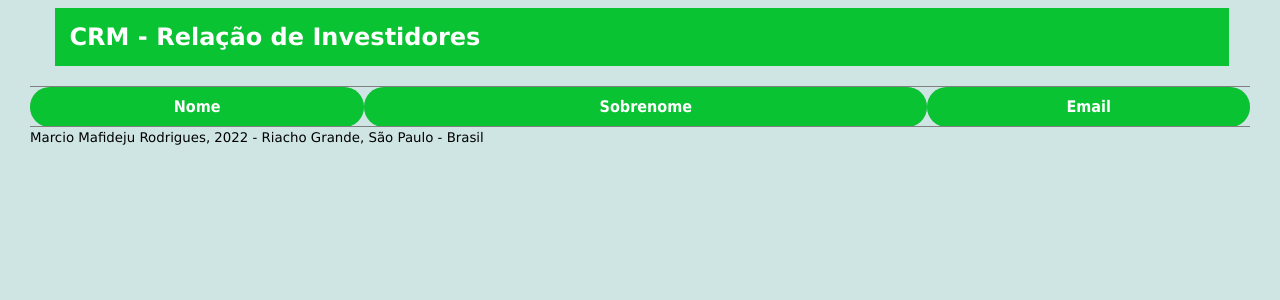
Repository: mafideju/CustomerTracker
Page: http://localhost/web-customer-tracker/WEB-INF/view/list-customers.jsp
These files come from the project's save history. The page is drawn as it stood at one moment and after the next save; the edit follows.
The browser window is 1280 px wide. The pictures show the whole page.
The page is served by Tomcat 9. Nobody is signed in. Other server files are loaded and not shown. The template is opened directly, without the code that normally fills it, so the values that code supplies are empty.

Above is the page before, as saved 2022-01-21 21:32:53.

### web-customer-tracker/WebContent/WEB-INF/view/list-customers.jsp
<%@ taglib uri="http://java.sun.com/jsp/jstl/core" prefix="c" %>

<!DOCTYPE html>
<html>
	<head>
		<title>Lista de Investidores</title>
		<link type="text/css" rel="stylesheet" href="${pageContext.request.contextPath}/resources/css/style.css">
	</head>

	<body>
		<main>

			<div id="wrapper"  style="display: flex; justify-content: center;">
				<div id="header">
					<h2>CRM - Relação de Investidores</h2>
				</div>
			</div>

			<div id="container">
				<div id="content">
					<table>
						<tr>
							<th>Nome</th>
							<th>Sobrenome</th>
							<th>Email</th>
						</tr>

						<c:forEach var="customer" items="${customers}">
							<tr>
								<td>${customer.firstName}</td>
								<td>${customer.lastName}</td>
								<td>${customer.email}</td>
							</tr>
						</c:forEach>

					</table>
				</div>
			</div>

		</main>
		<footer>
			<small>Marcio Mafideju Rodrigues, 2022 - Riacho Grande, São Paulo - Brasil</small>
		</footer>
	</body>
</html>

### web-customer-tracker/WebContent/resources/css/style.css
html, body{
	margin-left:15px; margin-right:15px;
	padding:0px;
	font-family:Verdana, Arial, Helvetica, sans-serif;
	background-color: #cee5e4;
}

table {
	border-collapse:collapse;
	border-bottom:1px solid gray;
	font-family: Tahoma,Verdana,Segoe,sans-serif;
	width:100%;
}

th {
	border-bottom:1px solid gray;
	background:none repeat scroll 0 0 #09c332;
	padding:10px;
	color: #FFFFFF;
	border-radius: 50px;
}

tr {
	border-top:1px solid gray;
	text-align:center;
}

tr:nth-child(even) {background: #FFFFFF;}
tr:nth-child(odd) {background: #BBBBBB;}

.add-button {
	border: 1px solid #666;
	border-radius: 5px;
	padding: 4px;
	font-size: 12px;
	font-weight: bold;
	width: 120px;
	padding: 5px 10px;
	margin-bottom: 15px;
	background: #cccccc;
}

#wrapper {width: 100%; margin-top: 0px; }
#header {width: 95%; background: #09c332; margin-left: 3px; padding:15px 0px 15px 15px;}
#header h2 {width: 100%; margin:auto; color: #FFFFFF;}
#container {width: 100%; margin:auto}
#container h3 {color: #000;}
#container #content {margin-top: 20px;}

After the next save:
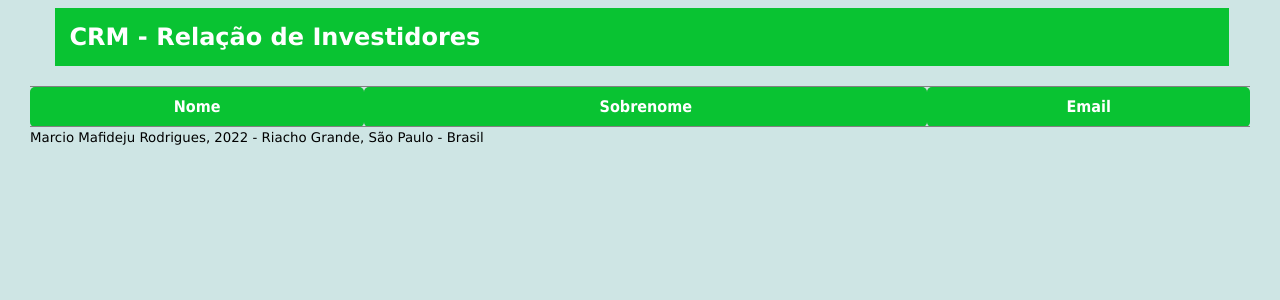
Saved 21 s later.
--- a/web-customer-tracker/WebContent/resources/css/style.css
+++ b/web-customer-tracker/WebContent/resources/css/style.css
@@ -17,7 +17,7 @@ th {
 	background:none repeat scroll 0 0 #09c332;
 	padding:10px;
 	color: #FFFFFF;
-	border-radius: 50px;
+	border-radius: 5px;
 }
 
 tr {
